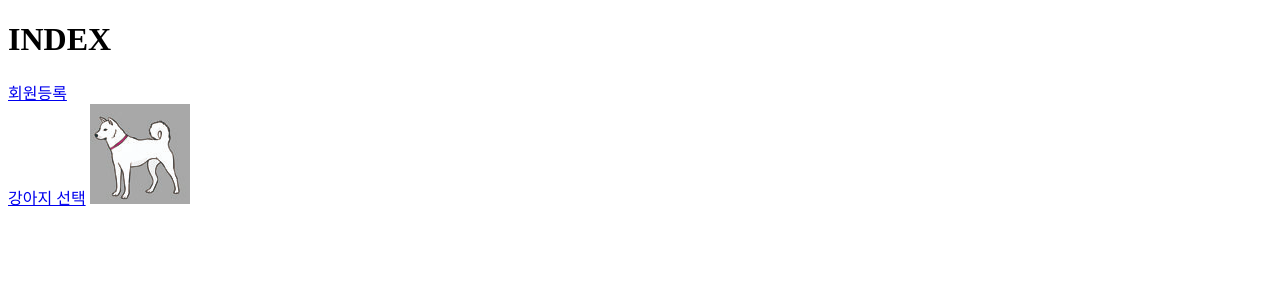
Repository: gitgw016/jsp
Page: 03_servlet_multi_param/src/main/webapp/index.html
These files come from the project's save history. The page is drawn as it stood at one moment and after the next save; the edit follows.
The browser window is 1280 px wide. The pictures show the whole page.

Above is the page before, as saved 2021-12-07 06:03:40.

### 03_servlet_multi_param/src/main/webapp/index.html
<!DOCTYPE html>
<html>
<head>
<meta charset="UTF-8">
<title>index.html</title>
</head>
<body>
	<h1>INDEX</h1>
	<a href="memReg.html">회원등록</a><br/>
	<a href="choiceDog.html">강아지 선택</a>
	<img src="images/jin.jpg"/>
</body>
</html>

After the next save:
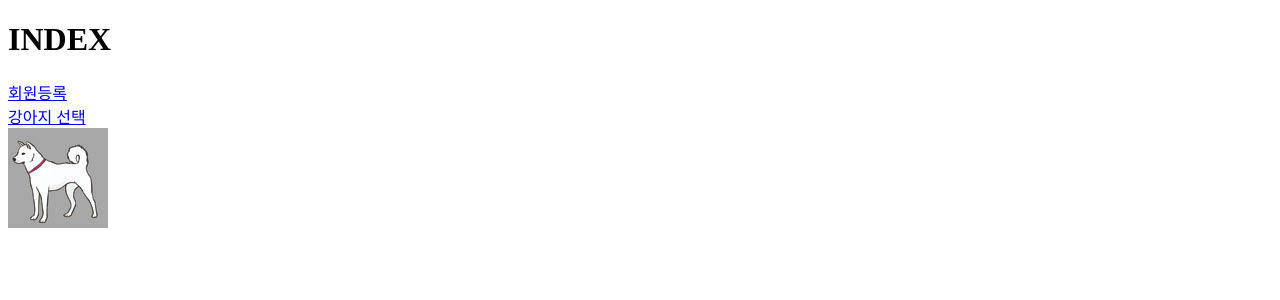
Saved 72 s later.
--- a/03_servlet_multi_param/src/main/webapp/index.html
+++ b/03_servlet_multi_param/src/main/webapp/index.html
@@ -7,7 +7,7 @@
 <body>
 	<h1>INDEX</h1>
 	<a href="memReg.html">회원등록</a><br/>
-	<a href="choiceDog.html">강아지 선택</a>
+	<a href="choiceDog.html">강아지 선택</a><br/>
 	<img src="images/jin.jpg"/>
 </body>
 </html>
